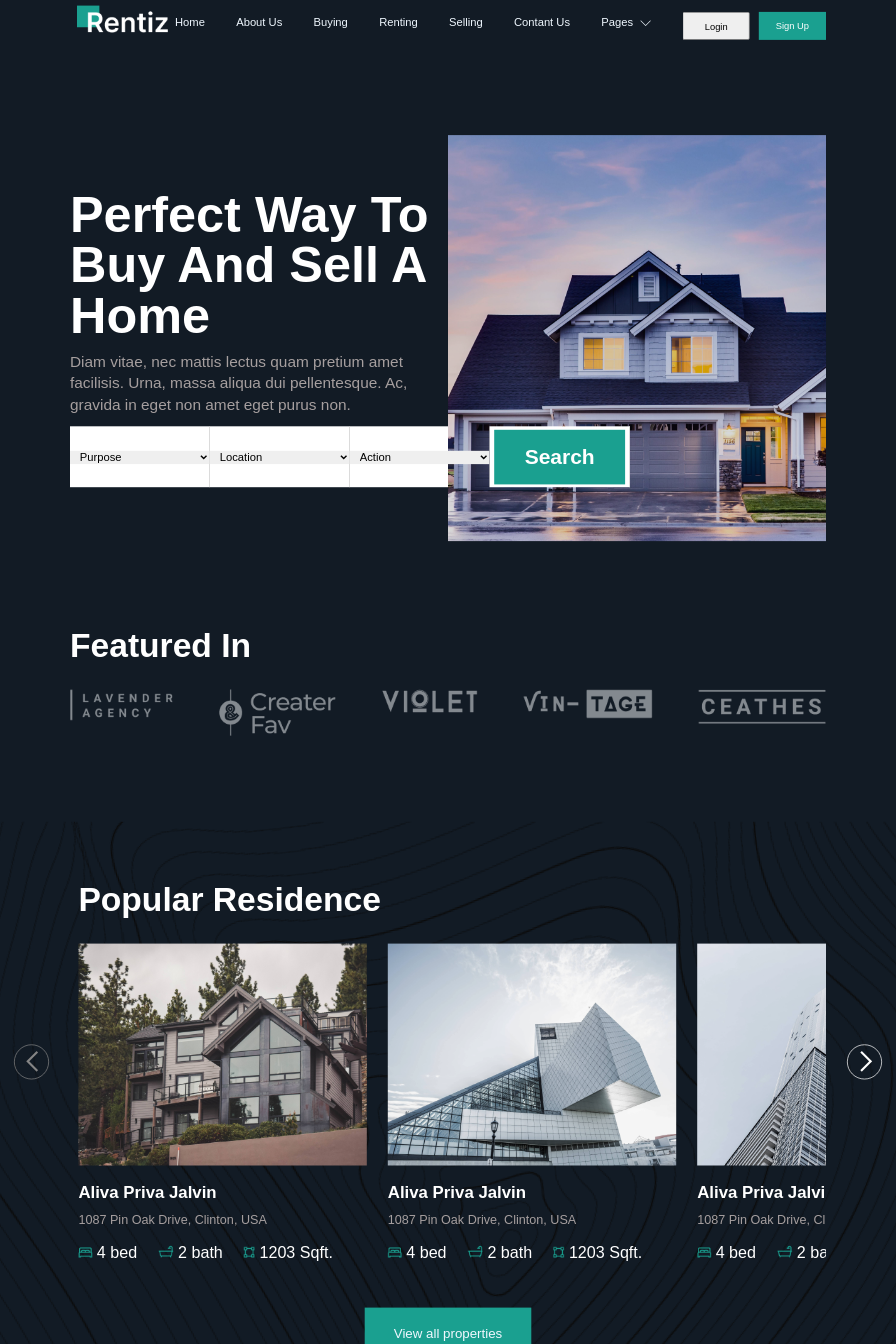
Repository: tung1233hhhhhhhhhhhhh/WebClone-Home
Page: index.html
These files come from the project's save history. The page is drawn as it stood at one moment and after the next save; the edit follows.
The browser window is 1280 px wide. The pictures show the part of the page from y = 0 to 1920 px (the page is 4653 px tall), at 70% of full size.

Above is the page before, as saved 2023-05-29 19:48:32.

After the next save:
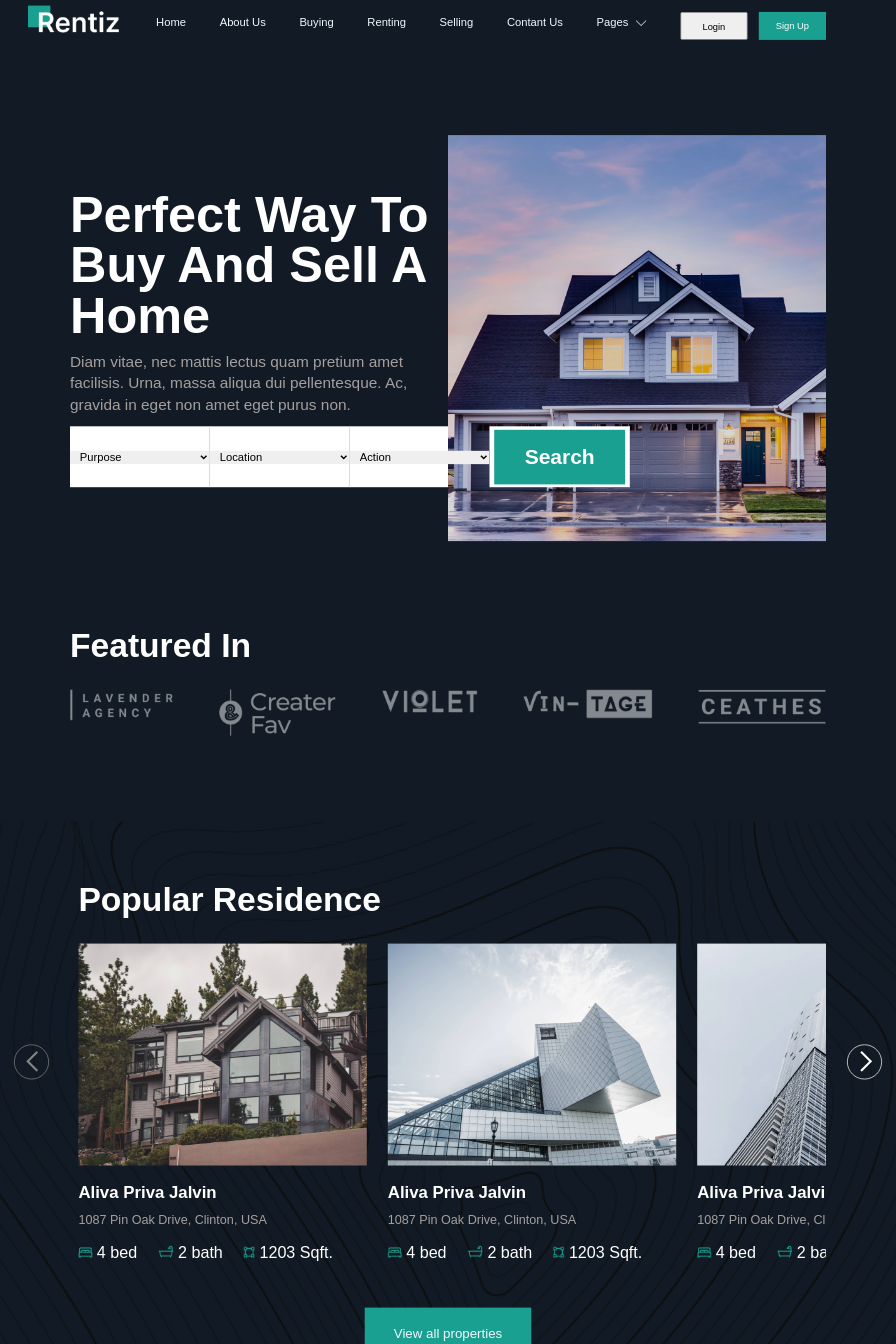
Saved 24 s later.
--- a/index.html
+++ b/index.html
@@ -9,6 +9,7 @@
     <link rel="stylesheet" href="./assets/css/main.css">
     <link rel="stylesheet" href="./assets/css/root.css">
     <link rel="stylesheet" href="./assets/fonts/themify-icons/themify-icons.css">
+    <link rel="stylesheet" href="./assets/css/responsive.css">
 </head>
 
 <body>
